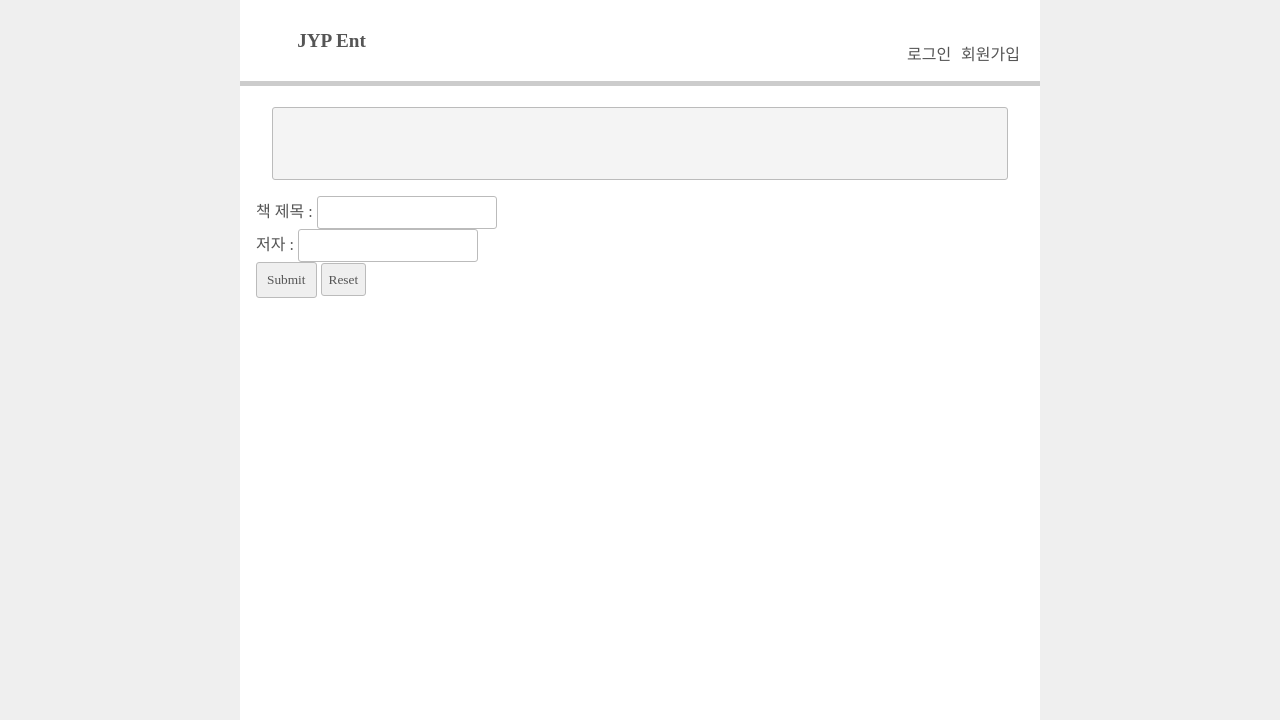
Repository: junyong231/JSP-SSIT
Page: http://localhost/jspPro/days01/ex02.jsp
The author's editor kept a copy of each file at every save. The page is drawn from the files as they stood at one save, then again after the next save.
The browser window is 1280 px wide. The pictures show the whole page.
Some web fonts or font styles are not loaded; a fallback is used. The page is served by Tomcat 9. Nobody is signed in. The application's start-up code is not run. Other server files are loaded and not shown.

Above is the page before, as saved 2024-10-15 03:20:22.

### jspPro/src/main/webapp/days01/ex02.jsp
<%@ page contentType="text/html; charset=UTF-8" pageEncoding="UTF-8"%>
<!DOCTYPE html>
<html>
<head>
<meta charset="UTF-8">
<title>Insert title here</title>
<link rel="shortcut icon" type="image/x-icon" href="http://localhost/jspPro/images/SiSt.ico">
<script src="https://ajax.googleapis.com/ajax/libs/jquery/3.7.1/jquery.min.js"></script>
<meta name="viewport" content="width=device-width, initial-scale=1.0">
<meta name="google" content="notranslate">
<link rel="stylesheet" href="http://localhost/jspPro/resources/cdn-main/example.css">
<script src="http://localhost/jspPro/resources/cdn-main/example.js"></script>
<style>
 span.material-symbols-outlined{
    vertical-align: text-bottom;
 }
</style>
</head>
<body>
<header>
  <h1 class="main"><a href="#" style="position: absolute;top:30px;">JYP Ent</a></h1>
  <ul>
    <li><a href="#">로그인</a></li>
    <li><a href="#">회원가입</a></li>
  </ul>
</header>
<div>
  <xmp class="code">

  </xmp>

  <form action="">
  책 제목 : <input type="text" id="title" name="title" autofocus> <br>
  저자 : <input type="text" id="author" name="author"> <br> <!-- name 있어야됨 -->
  <!-- <button type="button">submit</button> -->
  <input type="submit">
  <input type="reset">
  </form>

</div>
<script>

</script>
</body>
</html>

### jspPro/src/main/webapp/resources/cdn-main/example.css
@charset "UTF-8";

@import url('https://fonts.googleapis.com/css2?family=Material+Symbols+Outlined:opsz,wght,FILL,GRAD@20..48,100..700,0..1,-50..200');

@font-face {
    font-family: 'GmarketSansMedium';
    src: url('https://cdn.jsdelivr.net/gh/projectnoonnu/noonfonts_2001@1.1/GmarketSansMedium.woff') format('woff');
    font-weight: normal;
    font-style: normal;
}

:root {
	--text-color: #555;
	--sub-text-color: #777;
	--back-color: #EFEFEF;
	--header-color: #444;
	--primary-color: #DEDEDE;
	--secondary-color: #EFEFEF;
	--default-width: 800px;
	--narrow-width: 500px;
	--wide-width: 1200px;
	--text-font: 'GmarketSansMedium';
	--icon-font: 'Material Symbols Outlined';
	--border-color: #CCC;
}

html, body {
	margin: 0;
	padding: 0;
}

html {
	background-color: var(--back-color);
	display: flex;
	justify-content: center;
	min-height: 100vh;
}

body, body.default {
	width: var(--default-width);
	background-color: white;
	padding-bottom: 120px;
}

body.wide {
	width: var(--wide-width);
}

body.narrow {
	width: var(--narrow-width);
}



body, p, div, span, a, input, select, option, textarea, button, table, th, td, label, fieldset, legend {
	font-family: var(--text-font);
	color: var(--text-color);
}

h1, h2, h3 {
	font-family: var(--text-font);
	color: var(--header-color);
	padding: 0 1rem;
	padding-top: .5rem;
}

div > h1, div > h2, div > h3 {
	padding: 0;
}

body > div, body > main > div {
	padding: 0.3rem 1rem;
}


h1 { font-size: 2rem; border-bottom: 1px solid var(--border-color); }
h1 small { font-size: 1.2rem; color: var(--sub-text-color); }
h2 { font-size: 1.5rem; border-bottom: 1px dashed var(--border-color); }
h2 small { font-size: 1.1rem; color: --sub-text-color; }
h3 { font-size: 1.2rem; }
h3 small { font-size: 1rem; color: --sub-text-color; }



h1.main::before {
	font-family: var(--icon-font);
  	content: '\e666';
  	margin-right: 10px;
  	float: left;
	font-size: 2.5rem;
}

h1.sub::before {
	font-family: var(--icon-font);
  	content: '\ea19';
  	margin-right: 10px;
  	float: left;
	font-size: 2.5rem;
}


h1.page::before {
	font-family: var(--icon-font);
  	content: '\e0e0';
  	margin-right: 10px;
  	float: left;
	font-size: 2.5rem;
}

body > header > ul > li > .active{
	background-color: #FFF;
	color:#F00;
}

body > header {
	display: flex;
	justify-content: space-between;
	border-bottom: 5px solid var(--border-color);
	min-height: 74px;
	background-color: #FFF;
}

body > header.sticky {
	position: sticky;
	top: 0;
	z-index: 98;
}

body > header > h1 {
	font-size: 1.2rem;
	border: 0;
}

body > header.in > h1::before {
	font-family: var(--icon-font);
  	content: '\e332‥';
  	margin-right: 3px;
  	float: left;
	font-size: 2rem;
}


body > header > ul {
	list-style-type: none;
	display: flex;
	align-items: flex-end;
	margin-right: 10px;
}

body > header > ul > li {
	margin-right: 10px;
	cursor: pointer;
}

body > header > ul > li > a {
	cursor: pointer;
}


form {
	display: block;
}

form > div {
	padding: 0.3rem 1rem;
}

div > form > div {
	padding: 0.3rem 0;
}

input, textarea, button, select {
	border: 1px solid #BBB;
	border-radius: 3px;
	outline: none;
	resize: none;
	padding: 7px;
	margin: 0;
}

input[type=text]:read-only, textarea:read-only {
	cursor: not-allowed;
	background-color: #FFF;
}

input[type=text]:disabled, textarea:disabled {
	cursor: not-allowed;
	background-color: #EEE;
}

input[type=text], input[type=password], textarea, button, select {
	/* width: 300px; */
}

textarea {
	display: block;
	height: 100px;
}

input[type=button], input[type=submit], button {
	/* width: inherit; */
}

input.short, textarea.short, button.short, select.short {
	width: 100px;
}

input.long, textarea.long, button.long, select.long {
	width: 350px;
}

.narrow input.long, .narrow textarea.long, .narrow button.long, .narrow select.long {
	width: calc(100% - 20px);
}

input.full, textarea.full, button.full, select.full {
	width: calc(100% - 20px);
}

textarea.short {
	height: 50px;
}

textarea.long {
	height: 100px;
}

textarea.full {
	height: 200px;
}

input, textarea {
	padding-top: 8px;
}

input[type=button], input[type=submit], button {
	padding: 5px 10px;
	background-color: var(--secondary-color);
	cursor: pointer;
	min-height: 36px;
}

input[type=button].primary, input[type=submit].primary, button.primary {
	/* background-color: rgba(100, 149, 237, .2); */
	background-color: var(--primary-color);
}

input[type=button].primary:hover, input[type=submit].primary:hover, button.primary:hover {
	/* background-color: rgba(100, 149, 237, .3); */
	background-color: var(--secondary-color);
}

input[type=button]:hover, input[type=submit]:hover, button:hover {
	background-color: var(--primary-color);
}

button {
	position: relative;
	left: 0;
	top: 0;
	padding-left: 35px;
}

button .material-symbols-outlined {
	position: absolute;
	left: 10px;
	top: 4px;
}

/* k2nik add */
button.login::before {
	font-family: var(--icon-font);
  	content: '\ea77';
	position: absolute;
	left: 11px;
	top: 4px;
	font-size: 1.25rem;
}

/* k2nik logout */
button.logout::before {
	font-family: var(--icon-font);
  	content: '\e9ba';
	position: absolute;
	left: 11px;
	top: 4px;
	font-size: 1.25rem;
}

/* k2nik help */
button.help::before {
	font-family: var(--icon-font);
  	content: '\f1c0';
	position: absolute;
	left: 11px;
	top: 4px;
	font-size: 1.25rem;
}

button.add::before{
	font-family: var(--icon-font);
  	content: '\e746';
	position: absolute;
	left: 11px;
	top: 4px;
	font-size: 1.25rem;
}

button.back::before {
	font-family: var(--icon-font);
  	content: '\e166';
	position: absolute;
	left: 11px;
	top: 4px;
	font-size: 1.25rem;
}

button.list::before {
	font-family: var(--icon-font);
  	content: '\e0ee';
	position: absolute;
	left: 11px;
	top: 4px;
	font-size: 1.25rem;
}


button.del::before {
	font-family: var(--icon-font);
  	content: '\e872';
	position: absolute;
	left: 11px;
	top: 4px;
	font-size: 1.25rem;
}


button.edit::before {
	font-family: var(--icon-font);
  	content: '\e745';
	position: absolute;
	left: 11px;
	top: 4px;
	font-size: 1.25rem;
}


button.login::before {
	font-family: var(--icon-font);
  	content: '\ea77';
	position: absolute;
	left: 11px;
	top: 4px;
	font-size: 1.25rem;
}


button.logout::before {
	font-family: var(--icon-font);
  	content: '\e9ba';
	position: absolute;
	left: 11px;
	top: 4px;
	font-size: 1.25rem;
}


button.in::before {
	font-family: var(--icon-font);
  	content: '\f71a';
	position: absolute;
	left: 11px;
	top: 4px;
	font-size: 1.25rem;
}


button.out::before {
	font-family: var(--icon-font);
  	content: '\f70e';
	position: absolute;
	left: 11px;
	top: 4px;
	font-size: 1.25rem;
}


button.reply::before {
	font-family: var(--icon-font);
  	content: '\e15e';
	position: absolute;
	left: 11px;
	top: 4px;
	font-size: 1.25rem;
}


button.comment::before {
	font-family: var(--icon-font);
  	content: '\e0b9';
	position: absolute;
	left: 11px;
	top: 4px;
	font-size: 1.25rem;
}


button.modal::before {
	font-family: var(--icon-font);
  	content: '\e89e';
	position: absolute;
	left: 11px;
	top: 4px;
	font-size: 1.25rem;
}


button.ok::before {
	font-family: var(--icon-font);
  	content: '\e86c';
	position: absolute;
	left: 11px;
	top: 4px;
	font-size: 1.25rem;
}


button.cancel::before {
	font-family: var(--icon-font);
  	content: '\e5c9';
	position: absolute;
	left: 11px;
	top: 4px;
	font-size: 1.25rem;
}

button.search::before {
	font-family: var(--icon-font);
  	content: '\e8b6';
	position: absolute;
	left: 11px;
	top: 4px;
	font-size: 1.25rem;
}

button.home::before {
	font-family: var(--icon-font);
  	content: '\e88a';
	position: absolute;
	left: 11px;
	top: 4px;
	font-size: 1.25rem;
}


button.sidebar::before {
	font-family: var(--icon-font);
  	content: '\f7e4';
	position: absolute;
	left: 11px;
	top: 4px;
	font-size: 1.25rem;
}


button.sidebar-right::before {
	font-family: var(--icon-font);
  	content: '\f7e5';
	position: absolute;
	left: 11px;
	top: 4px;
	font-size: 1.25rem;
}




button::before {
	font-family: var(--icon-font);
  	content: '\e323';
	position: absolute;
	left: 11px;
	top: 4px;
	font-size: 1.25rem;
}


table {
	border-collapse: collapse;
	margin: 1rem;
	box-sizing: border-box;
	width: calc(100% - 32px);
}

table.content {
	width: auto;
}

div > table {
	margin: 0;
}

table th, table td {
	border: 1px solid var(--border-color);
	padding: 7px;
	font-weight: normal;
}

table th {
	background-color: var(--back-color);
}

table.vertical th {
	width: 150px;
}

table.vertical td {
	width: calc(100% - 182px);
	padding-left: 10px;
}

table.content td, table.content th {
	width: auto;
}

body.narrow table.vertical th {
	width: 100px;
}

body.narrow table.vertical td {
	width: calc(100% - 182px);
}


table + table {
	margin-top: 30px;
}


p {
	padding: 0 1rem;
}

a {
	text-decoration: none;
}

a:hover {
	color: rgba(255, 99, 71, .7);
}

hr {
	border: 0;
	border-top: 1px solid var(--border-color);
	margin: 2rem 0;
}

.message {
	border: 1px solid var(--border-color);
	background-color: #EFEFEF;
	margin: 1rem;
	width: auto;
	padding-top: 10px;
	padding-bottom: 10px;
	font-size: 14px;
}

.message[title]::before {
	content: attr(title);
	display: block;
	border-bottom: 1px solid var(--border-color);
	padding-bottom: 5px;
	margin-bottom: 10px;
	margin-top: 7px;
}

.message.short {
	max-width: 250px;
}

.message.long {
	max-width: 500px;
}

.badge {
	float: right;
	font-size: .8rem;
	margin-top: 2px;
	margin-right: 2px;
	text-shadow: 0 0 7px gray;
}

.badge.left {
	float: none;
	margin-left: 2px;
}

.badge.right {
	float: right;
}

.badge.red {
	border-radius: 50%;
	padding: 2px 5px;
	background-color: rgb(255, 99, 71, .3);
}

.badge.yellow {

	border-radius: 50%;
	padding: 2px 5px;
	background-color: rgb(255, 215, 0, .5);
}

.badge.blue {
	border-radius: 50%;
	padding: 2px 5px;
	background-color: rgb(100, 149, 237, .3);
}

label + label {
	margin-left: 7px;
}

label input[type=checkbox], label input[type=radio] {
	transform: translate(0, 1px);
}

.group {
	display: flex;
}

.modal-content .group {
	margin-bottom: .5rem;
}

.group label {
	border: 1px solid #BBB;
	border-radius: 3px;
	outline: none;
	resize: none;
	padding: 7px 14px;
	margin: 0;
	border-top-right-radius: 0;
	border-bottom-right-radius: 0;
	background-color: #EFEFEF;
	white-space: nowrap;
	font-size: 14px;
}

.group input[type=text] {
	margin-left: -1px;
	border-top-left-radius: 0;
	border-bottom-left-radius: 0;
}

.group select {
	margin-left: -1px;
	border-top-left-radius: 0;
	border-bottom-left-radius: 0;
}

.group input.full[type=text] {
	margin-left: -1px;
	border-top-left-radius: 0;
	border-bottom-left-radius: 0;
	width: 100%;
}

.group input[type=button]:first-child, .group button:first-child {
	border-top-left-radius: 3px;
	border-bottom-left-radius: 3px;
	margin-left: 0px;
}

.group input[type=button], .group button {
	border-radius: 0;
	margin-left: -1px;
}

.group input[type=button]:last-child, .group button:last-child {
	margin-left: -1px;
	border-top-right-radius: 3px;
	border-bottom-right-radius: 3px;
}

.seperate {
	display: flex;
	justify-content: space-between;
}

div.list {
	width: max-content;
	margin: 1rem;
	border: 1px solid #BBB;
	border-radius: 3px;
	padding: 0;
}

div.list.full {
	width: auto;
	display: block;
	margin: 1rem;
	border: 1px solid #BBB;
	border-radius: 3px;
	padding: 0;
}

div.list > div {
	padding: .5rem 1rem;
	margin: 0;
	border-bottom: 1px solid #BBB;
}

div.list > div:last-child {
	border-bottom: 0;
}

pre.code , xmp.code{
	font-family: consols;
	background-color: rgba(150, 150, 150, .1);
	border: 1px solid #BBB;
	border-radius: 3px;
	padding: .5rem 1rem;
	padding-bottom: .6rem;
	margin: 1rem;
}




*[data-modal-window] {
	position: fixed;
	background-color: rgba(0, 0, 0, .3);
	left: 0;
	top: 0;
	display: none;
	justify-content: center;
	align-items: flex-start;
	width: 100%;
	min-height: 100vh;
	z-index: 100;
	opacity: 0;
	transition: 500ms all;
}

*[data-modal-window] .modal-container {
	border-radius: 5px;
	padding: 1rem;
	padding-bottom: .5rem;
	margin-top: -500px;
	opacity: 0;
	width: 500px;
	background-color: #FFF;
	margin-right: 2rem;
	transition: 500ms all;
}

*[data-modal-size=content] .modal-container {
	width: auto;
}

*[data-modal-size=narrow] .modal-container {
	width: 300px;
}

*[data-modal-size=wide] .modal-container {
	width: 760px;
}


*[data-modal-window] .modal-header {
	border-bottom: 1px solid var(--border-color);
	padding: 2px 5px;
}

*[data-modal-window] .modal-content {
	padding: 1rem 5px;
}

*[data-modal-window] .modal-content div:last-child {
	margin-top: 1rem;
	text-align: right;
}



*[data-sidebar-window] {
	position: fixed;
	background-color: #FFF;
	left: 0;
	top: 0;
	display: block;
	width: 300px;
	border-right: 1px solid var(--border-color);
	box-sizing: border-box;
	box-shadow: 0 0 3px var(--back-color);
	min-height: 100vh;
	z-index: 99;
	transform: translate(-300px, 0);
	transition-duration: 500ms;
	transition-property: transform;
}

*[data-sidebar-direction=right] {
	left: auto;
	right: 0;
	transform: translate(300px, 0);
	border-left: 1px solid var(--border-color);
}

*[data-sidebar-size=wide] {
	width: 500px;
	transform: translate(-500px, 0);
}

*[data-sidebar-window] .sidebar-title {
	border-bottom: 1px solid var(--border-color);
	margin-top: 20px;
	margin-bottom: 20px;
	padding-bottom: 5px;
	display: flex;
	justify-content: space-between;
}

*[data-sidebar-window] .sidebar-title span:last-child {
	cursor: pointer;
}


/* K2Nik pagination */
.center {
  text-align: center;
}

.pagination {
  display: inline-block;
}

.pagination a {
  color: black;
  float: left;
  padding: 3px 6px;
  text-decoration: none;
  transition: background-color .3s;
  border: 1px solid #ddd;
  margin: 0 3px;
}

.pagination a.active {
  background-color: #4CAF50;
  color: white;
  border: 1px solid #4CAF50;
}

.pagination a:hover:not(.active) {background-color: #ddd;}

### jspPro/src/main/webapp/resources/cdn-main/example.js

window.onload = () => {

    const list = document.querySelectorAll('input, textarea');

    list.forEach(item => {
        item.setAttribute('autocomplete', 'off');
    });


    const modal_btn_list = document.querySelectorAll('*[data-modal-button]');

    modal_btn_list.forEach(item => {
        item.onclick = function() {

            const name = this.dataset['modalButton'];
            const modal_window = document.querySelector('*[data-modal-window=' + name);

            const container = document.createElement('div');
            container.className = 'modal-container';



            const modal_header = document.createElement('div');
            modal_header.textContent = modal_window.dataset['modalTitle'];
            modal_header.className = 'modal-header';
            container.appendChild(modal_header);

            const modal_content = document.createElement('div');
            modal_content.className = 'modal-content';
            container.appendChild(modal_content);

            Array.from(modal_window.childNodes).forEach(item => {
                modal_content.appendChild(item);
            });

            modal_window.appendChild(container);

            modal_window.style.display = 'flex';

            setTimeout(() => {
                modal_window.style.opacity = 1;
                container.style.marginTop = '20px';
                container.style.opacity = 1;
            }, 50);


            const modal_ok = document.querySelector('*[data-modal-ok=' + name);
            modal_ok.addEventListener('click', function() {
                modal_window.style.opacity = 0;
                container.style.marginTop = '-500px';
                container.style.opacity = 0;

                setTimeout(() => {
                    modal_window.innerHTML = modal_content.innerHTML;
                    modal_window.style.display = 'none';
                }, 500);

            });

            const modal_cancel = document.querySelector('*[data-modal-cancel=' + name);
            modal_cancel.addEventListener('click', function() {

                modal_window.style.opacity = 0;
                container.style.marginTop = '-500px';
                container.style.opacity = 0;

                setTimeout(() => {
                    modal_window.innerHTML = modal_content.innerHTML;
                    modal_window.style.display = 'none';
                }, 500);
            });


        };
    });


    const sidebar_btn_list = document.querySelectorAll('*[data-sidebar-button]');

    sidebar_btn_list.forEach(item => {
        item.onclick = function() {



            const name = this.dataset['sidebarButton'];
            const sidebar_window = document.querySelector('*[data-sidebar-window=' + name);

            if (sidebar_window.style.transform == 'translate(0px, 0px)') return;



            sidebar_window.style.transform = 'translate(0, 0)';

            const sidebar_title = document.createElement('div');
            sidebar_title.className = 'sidebar-title';
            sidebar_title.innerHTML = '<span>' + sidebar_window.dataset['sidebarTitle'] + '</span><span class="material-symbols-outlined">close</span>';

            sidebar_title.children[1].onclick = function() {

                let sign = 1;
                let distance = 300;

                if (sidebar_window.dataset['sidebarDirection'] != 'right') {
                    sign = -1;
                } else {
                    sign = 1;
                }

                if (sidebar_window.dataset['sidebarSize'] != 'wide') {
                    distance = 300;
                } else {
                    distance = 500;
                }

                distance *= sign;

                sidebar_window.style.transform = 'translate(' + distance + 'px, 0)';

                setTimeout(function() {
                    sidebar_window.removeChild(sidebar_window.children[0]);
                }, 500);
            };


            sidebar_window.prepend(sidebar_title);

        }
    });

};

// window.onkeydown = function(event) {

//     if (event.keyCode == 27) {
//         if (document.querySelector('[data-modal-window').style.display == 'flex') {
//             document.querySelector('[data-modal-window').style.display = 'none';
//         }
//     }

// };

After the next save:
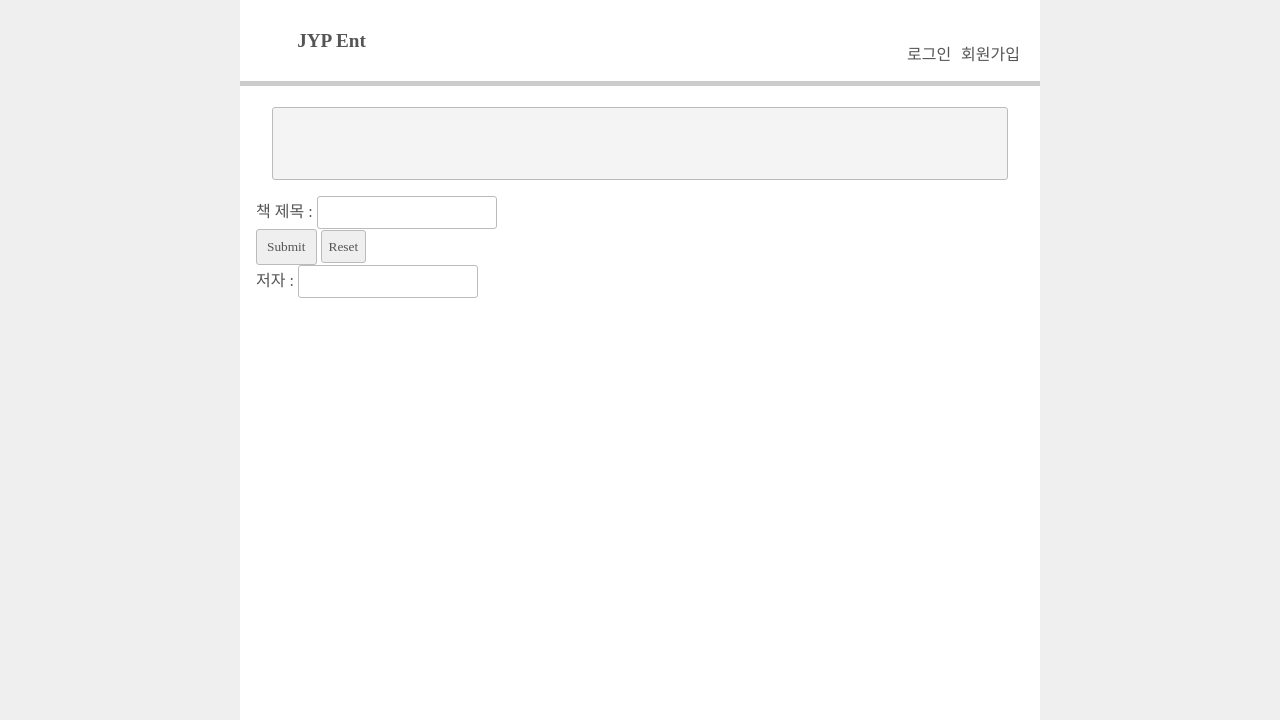
Saved 14 s later.
--- a/jspPro/src/main/webapp/days01/ex02.jsp
+++ b/jspPro/src/main/webapp/days01/ex02.jsp
@@ -31,11 +31,11 @@
 
   <form action="">
   책 제목 : <input type="text" id="title" name="title" autofocus> <br>
-  저자 : <input type="text" id="author" name="author"> <br> <!-- name 있어야됨 -->
   <!-- <button type="button">submit</button> -->
   <input type="submit">
   <input type="reset">
   </form>
+  저자 : <input type="text" id="author" name="author"> <br> <!-- name 있어야됨 -->
 
 </div>
 <script>
